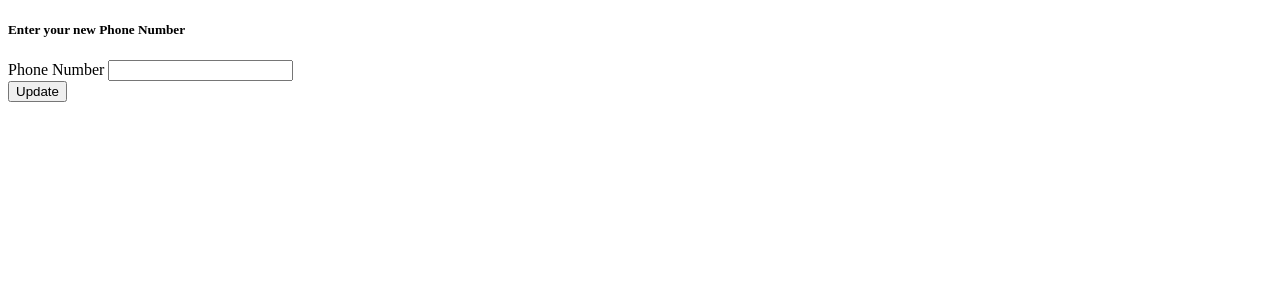
Repository: sourabh1204/handson-assignments
Page: Case Study 0110/Contact-App/WebContent/UpdatePhone.html
The author's editor kept a copy of each file at every save. The page is drawn from the files as they stood at one save, then again after the next save.
The browser window is 1280 px wide. The pictures show the whole page.

Above is the page before, as saved 2020-10-01 07:32:40.

### Case Study 0110/Contact-App/WebContent/UpdatePhone.html
<!DOCTYPE html>
<html>
<head>
<meta charset="ISO-8859-1">
<title>Update Phone Number</title>
</head>
<body>
	<h5>Enter your new Phone Number</h5>
	<form action="PhoneServlet" method="post">
		<label>
			Phone Number <input type="text" name="upPhone">
		</label>
		<br>
		<input type="submit" value="Update">
	</form>
</body>
</html>

After the next save:
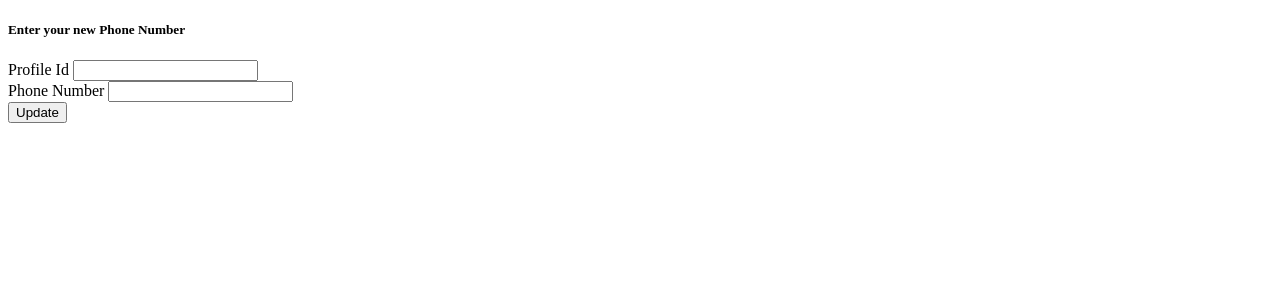
Saved 68 min 56 s later.
--- a/Case Study 0110/Contact-App/WebContent/UpdatePhone.html
+++ b/Case Study 0110/Contact-App/WebContent/UpdatePhone.html
@@ -8,6 +8,10 @@
 	<h5>Enter your new Phone Number</h5>
 	<form action="PhoneServlet" method="post">
 		<label>
+			Profile Id <input type="number" name="profileId">
+		</label>
+		<br>
+		<label>
 			Phone Number <input type="text" name="upPhone">
 		</label>
 		<br>
